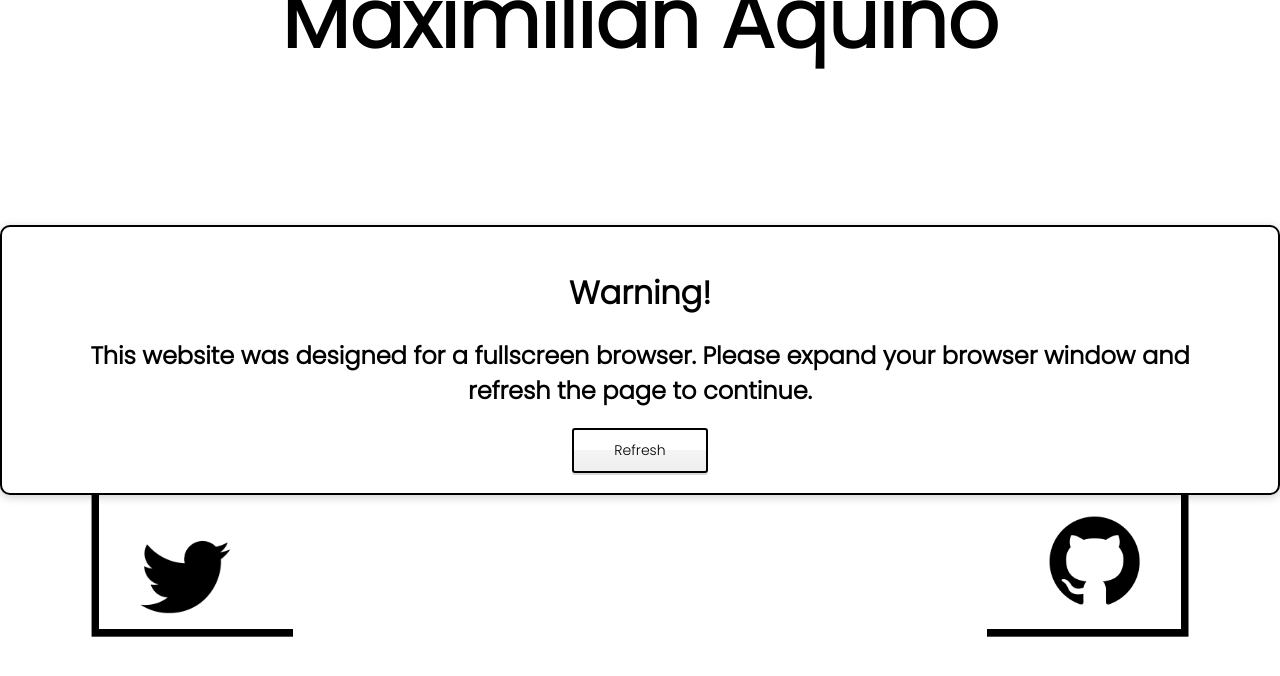
Repository: notMaximilian/maximilianaquino.github.io
Page: index.html
An editor plug-in stored every save of this project. The page is shown before and after the next save, followed by the edit.
The browser window is 1280 px wide. The pictures show the whole page.

Above is the page before, as saved 2022-02-04 13:39:46.
Console error: TypeError: Cannot read properties of null (reading 'style')

### index.html
<!DOCTYPE html>
<html lang="en">

<head>
  <meta charset="UTF-8">
  <meta name="viewport" content="width=device-width, initial-scale=1, user-scaleable=no">
  <title>Max Aquino</title>
  <link rel="preconnect" href="https://fonts.googleapis.com">
  <link rel="preconnect" href="https://fonts.gstatic.com" crossorigin>
  <link href="https://fonts.googleapis.com/css2?family=Poppins:wght@300&display=swap" rel="stylesheet">
  <link rel="stylesheet" href="css/main.css">
</head>

<body>

  <div class="intro">
    <h1 class="name-header">
      <span class="name">Max</span><span class="name">imilian</span>
    </h1>
  </div>


  </div>


  <div class="wrap">
    <div class="game-wrapper">
      <div class="game"></div>

      <h1 id="max">Maximilian Aquino</h1>
      <img class="icon" id="twitter" src="img/twitter.png">
      <img class="icon" id="github" src="img/github.png">
      <img class="corners" id="cornerL" src="img/corner-test.png">
      <img class="corners" id="cornerR" src="img/cornerR.png">


      <div class="congratulations">
        <h1>Warning!</h1>
        <h2>This website was designed for a fullscreen browser. Please expand your browser window and refresh the page to continue. </h2>
        <button class="btn" onclick="window.location.reload()">Refresh</button>
      </div>
      <div class="game-over">
        <h1>GAME OVER</h1>
        <h2>You lost the game</h2>
        <button class="btn" onclick="window.location.reload()">Restart</button>
      </div>
    </div>
  </div>

  <!-- Maximilian Fade in and out -->


  <script src="js/app.js"></script>
  <!-- <script src="js/game.js"></script> -->
</body>

</html>

### css/main.css
html,
body {
  height: 100%;
  overflow: hidden;
}

body {
  margin: 0;
  font: 16px sans-serif;
}

.wrap {
  display: flex;
  flex-direction: column;
  height: 100%;
}


.game-wrapper {
  flex: 1;
  display: flex;
  justify-content: center;
  align-items: center;
  background: #ffffff;
}
.game {
  width: 100%;
  height: 100%;

  box-shadow: 0 2px 10px black;
  position: absolute;
}

@keyframes scroll-background {
  from {
    background-position-y: 0px;
  }
  to {
    background-position-y: 256px;
  }
}

.game .enemy {
  position: absolute;
  margin-left: -20px;
  margin-top: -18px;
  width: 40px;
}

.game .player {
  position: absolute;
  margin-left: -20px;
  width: 40px;
}

.game .laser {
  position: absolute;
  margin-left: -2.5px;
  height: 30px;
}

.game .enemy-laser {
  position: absolute;
  margin-left: -2.5px;
  height: 30px;
}

.congratulations {
  display: none;
  position: absolute;
  background: #ffffff;
  color: black;
  padding: 20px 50px;
  box-shadow: 0 2px 10px rgba(0, 0, 0, 0.2);
  border: 2px solid black;
  border-radius: 10px;
  text-align: center;
  animation: pop-in 1s;
  font-family: "Poppins", sans-serif;
}

.game-over {
  display: none;
  position: absolute;
  background: #6b1818;
  color: white;
  padding: 20px 50px;
  box-shadow: 0 2px 10px rgba(0, 0, 0, 0.2);
  border-radius: 10px;
  text-align: center;
  animation: pop-in 1s;
}

.btn {
  border: 2px solid black;
  border-radius: 3px;
  box-shadow: 0 2px rgba(0, 0, 0, 0.15);
  background: linear-gradient(
    to bottom,
    #fff 0%,
    #fff 49%,
    #f5f5f5 50%,
    #eee 100%
  );
  padding: 10px 40px;
  font-family: "Poppins", sans-serif;
  font-size: 14px;
}
@keyframes pop-in {
  0% {
    opacity: 0;
    transform: translate(0, -100px);
  }
  10% {
    opacity: 1;
  }
  50% {
    transform: translate(0, 30px);
  }
  100% {
    transform: translate(0, 0);
  }
}

.intro{
  position: fixed;
  z-index: 1;
  left: 0;
  top: 0;
  width: 100%;
  height: 100vh;
  background-color: black;
  transition: 1s;
}

.name-header{
  position: absolute;
  top: 40%;
  left: 50%;
  transform: translate(-50%, -50%);
  color: #ffffff;
}

.intro h1{
  font-family: "Poppins", sans-serif;
  font-size: 80px;
  margin: 0;
  padding: 0;
}

.name{
  position: relative;
  display: inline-block;
  bottom: -20px;
  opacity: 0;
}

.name.active{
  bottom: 0;
  opacity: 1;
  transition: ease-in-out 0.5s;
}

.name.fade{
  bottom: 150px;
  opacity: 0;
  transition: ease-in-out 0.5s;
}

.corners{
  position: absolute;
  width: 16vw;
}

#cornerL{
  transform: translate(-35vw, 23vh);
}
#cornerR{
  transform: translate(35vw, 23vh);
}
#max{
  position: absolute;
  top:-13vh;
  font-family: "Poppins", sans-serif;
  font-size: 5rem;
}

#github{
  width: 7vw;
  transform: translate(32vw, 28vh);
}
#twitter{
  width: 7vw;
  transform: translate(-32vw, 30vh);
}

### js/app.js
const KEY_CODE_LEFT = 37;
const KEY_CODE_RIGHT = 39;
const KEY_CODE_SPACE = 32;
let inverted = false;
const WINDOW_WIDTH = window.innerWidth - 50;
const WINDOW_HEIGHT = window.innerHeight;

const ROCKET_WIDTH = 20;
const ROCKET_MAX_SPEED = 300.0;
const LASER_MAX_SPEED = 600.0;
const LASER_COOLDOWN = 0.5;
let rocketSpawn = false;
const HEADERS_PER_ROW = 10;
const HEADER_HORIZONTAL_PADDING = 80;
const HEADER_VERTICAL_PADDING = 70;
const HEADER_VERTICAL_SPACING = 80;
const HEADER_COOLDOWN = 5.0;


const WINDOW_STATE = {
    lastTime: Date.now(),
    leftPressed: false,
    rightPressed: false,
    spacePressed: false,
    rocketX: WINDOW_WIDTH / 2,
    rocketY: WINDOW_HEIGHT - 300,
    rocketCooldown: 0,
    lasers: [],
    headers: [],
    headerLasers: [],
    fullscreen: false
  };

function setSize($element, width){
    $element.style.width = `${width}vw`;
    $element.style.height = "auto";
  }

function setPosition(el, x, y) {
    if(el == null){console.log('NULL')
    return;}
    el.style.transform = `translate(${x}px, ${y}px)`;
}

function setHeaderPosition(el, x, y) {
  if(el == null){console.log('NULL')
  return;}
  el.style.transform = `translate(${x}vw, ${y}vh)`;
}

// create user controlled rocket for selecting header elements
function createRocket($container) {
    rocketSpawn = true;
    const $rocket = document.createElement("img");
    if(inverted == true){$rocket.src = "img/rocket-inverted.png";}
    else{$rocket.src = "img/rocket.png";}
    $rocket.className = "rocket";
    if (WINDOW_WIDTH + 50 == 1920){
      setSize($rocket,9)
    }
    else{
      setSize($rocket, 7)
    }

    WINDOW_STATE.rocketY = 440;
    $container.appendChild($rocket);
}

function destroyRocket($container, rocket) {
    rocketSpawn = false;
    $container.removeChild(rocket);
    WINDOW_STATE.finalState = true;
    const audio = new Audio("sound/sfx-lose.ogg");
    audio.play();
}

function sleep(milliseconds) {
  var start = new Date().getTime();
  for (var i = 0; i < 1e7; i++) {
    if ((new Date().getTime() - start) > milliseconds){
      break;
    }
  }
}


function rectsIntersect(r1, r2) {
    return !(
        r2.left > r1.right ||
        r2.right < r1.left ||
        r2.top > r1.bottom ||
        r2.bottom < r1.top
    );
}



function clamp(v, min, max) {
    if (v < min) {
      return min;
    } else if (v > max) {
      return max;
    } else {
      return v;
    }
}

function rand(min, max) {
    // if (min === undefined) min = 0;
    // if (max === undefined) max = 1;
    // return min + Math.random() * (max - min);
  }

  function updateRocket(dt, $container) {
    if (WINDOW_STATE.leftPressed) {
      WINDOW_STATE.rocketX -= dt * ROCKET_MAX_SPEED;
    }
    if (WINDOW_STATE.rightPressed) {
      WINDOW_STATE.rocketX += dt * ROCKET_MAX_SPEED;
    }



    WINDOW_STATE.rocketX = clamp(
      WINDOW_STATE.rocketX,
      ROCKET_WIDTH,
      WINDOW_WIDTH - ROCKET_WIDTH
    );


    if (WINDOW_STATE.spacePressed && WINDOW_STATE.rocketCooldown <= 0) {
      createLaser($container, WINDOW_STATE.rocketX - 79,  WINDOW_STATE.rocketY-20);
      console.log(WINDOW_STATE.rocketX)
      WINDOW_STATE.rocketCooldown = LASER_COOLDOWN;
    }
    if (WINDOW_STATE.rocketCooldown > 0) {
      WINDOW_STATE.rocketCooldown -= dt;
    }

    const rocket = document.querySelector(".rocket");
    if(rocket == null){return;}
    setPosition(rocket, WINDOW_STATE.rocketX, WINDOW_STATE.rocketY + 200);
  }

  function createLaser($container, x, y) {
    if(rocketSpawn == false) {return;}
    const $element = document.createElement("img");
    console.log($element)
    if(inverted == true){$element.src="img/laser-inverted.png"}
    else{$element.src = "img/laser.png";}
    $element.className = "laser";
    $element.style.position = "absolute"
    $container.appendChild($element);
    const laser = { x, y, $element };
    WINDOW_STATE.lasers.push(laser);
    const audio = new Audio("sound/sfx-laser1.ogg");
    audio.play();
    setPosition($element, x, y);
  }

  function destroyHeader($container, header) {
    $container.removeChild(header.$element);
    header.isDead = true;
  }

  function destroyAll($container){
    const background = document.querySelector(".game-wrapper");
    background.style.background = 'white';
    const headers = WINDOW_STATE.headers;
    for (let x = 0; x < headers.length; x++){
      let head = headers[x];
      if (head.dead == true){continue}
      head.$element.style.opacity = 0;
      head.$element.style.transition = 'ease-in-out 0.5s';
      destroyHeader($container, head)
    }
    // destroyLaser($container, laser);
    const rocket = document.querySelector('.rocket')
    rocket.style.opacity = 0;
    rocket.style.transition = 'ease-in-out 0.5s'
    destroyRocket($container, rocket)
    WINDOW_STATE.lasers = WINDOW_STATE.lasers.filter(e => !e.isDead);
  }

  function updateLasers(dt, $container) {
    if(rocketSpawn == false) {return;}
    const lasers = WINDOW_STATE.lasers;
    for (let i = 0; i < lasers.length; i++) {
      const laser = lasers[i];
      laser.y -= dt * LASER_MAX_SPEED;
      if (laser.y < 0) {
        destroyLaser($container, laser);
      }
      setPosition(laser.$element, laser.x, laser.y);
      const r1 = laser.$element.getBoundingClientRect();
      const headers = WINDOW_STATE.headers;
      for (let j = 0; j < headers.length; j++) {
        const header = headers[j];
        if (header.isDead) continue;
        const r2 = header.$element.getBoundingClientRect();
        if (rectsIntersect(r1, r2)) {
          if (header.name == 'more' || header.name == 'back'){

              for (let x = 0; x < headers.length; x++){
              let head = headers[x];
              if (head.dead == true){continue}
              head.$element.style.opacity = 0;
              head.$element.style.transition = 'ease-in-out 0.5s';
              destroyHeader($container, head)
            }
            destroyLaser($container, laser);

            const rocket = document.querySelector('.rocket')
            rocket.style.opacity = 0;
            rocket.style.transition = 'ease-in-out 0.5s'
            destroyRocket($container, rocket)

            console.log(inverted)
            if(inverted == false){
              setTimeout(()=>{
                initInvert($container)
              },10)
            }
            else{
              setTimeout(()=>{
                init()
              },10)
            }
            WINDOW_STATE.lasers = WINDOW_STATE.lasers.filter(e => !e.isDead);
            return;
          }
        if (header.name == 'project'){
          WINDOW_STATE.fullscreen = false;
        }
          destroyHeader($container, header);

          break;
        }
      }
    }
    WINDOW_STATE.lasers = WINDOW_STATE.lasers.filter(e => !e.isDead);
  }

function destroyLaser($container, laser) {
    console.log('attempting to destroy')
    $container.removeChild(laser.$element);
    laser.isDead = true;
}

function createHeader($container, name, x, y, i, size) {

    let $element = document.createElement("img");
    let img = i;
    $element.src = img;
    $element.className = "header";
    $element.style.position = "absolute";
    setHeaderPosition($element, x, y);
    setSize($element, size)
    $element.style.transition = "all .2s ease-in-out";


    let header = {
        x,
        y,
        cooldown: rand(0.5, HEADER_COOLDOWN),
        $element,
        name,
        dead: false
    };

    // header.$element.addEventListener('mouseenter', ()=>{
    //   if (name == "about"){
    //     $element.style.width = "450px";
    //   }
    //   else if(name == "skills"){
    //     $element.style.width = "230px"
    //   }
    //   else if(name == "project"){
    //     $element.style.width = "350px"
    //   }
    //   else if(name == "more"){
    //     $element.style.width = "250px"
    //   }
    // })

    // header.$element.addEventListener('mouseleave', ()=>{
    //   if (name == "about"){
    //     $element.style.width = "400px"
    //   }
    //   else if(name == "skills"){
    //     $element.style.width = "180px"
    //   }
    //   else if(name == "project"){
    //     $element.style.width = "300px"
    //   }
    //   else if(name == "more"){
    //     $element.style.width = "200px"
    //   }

    // })

    $container.appendChild($element);
    WINDOW_STATE.headers.push(header);
  }

  function updateHeaders(dt, $container) {
    const dx = Math.sin(WINDOW_STATE.lastTime / 1000.0) * 50;
    const dy = Math.cos(WINDOW_STATE.lastTime / 1000.0) * 10;

    const headers = WINDOW_STATE.headers;
    for (let i = 0; i < headers.length; i++) {
      const header = headers[i];
      const x = header.x + dx;
      const y = header.y + dy;
    //   setPosition(header.$element, x, y);
      header.cooldown -= dt;
      if (header.cooldown <= 0) {
        createHeaderLaser($container, x, y);
        header.cooldown = HEADER_COOLDOWN;
      }
    }
    WINDOW_STATE.headers = WINDOW_STATE.headers.filter(e => !e.isDead);
  }



  function createHeaderLaser($container, x, y) {
    const $element = document.createElement("img");
    $element.src = "img/laser-red-5.png";
    $element.className = "header-laser";
    $container.appendChild($element);
    const laser = { x, y, $element };
    WINDOW_STATE.headerLasers.push(laser);
    setPosition($element, x, y);
  }

  function updateheaderLasers(dt, $container) {
    const lasers = WINDOW_STATE.headerLasers;
    for (let i = 0; i < lasers.length; i++) {
      const laser = lasers[i];
      laser.y += dt * LASER_MAX_SPEED;
      if (laser.y > WINDOW_HEIGHT) {
        destroyLaser($container, laser);
      }
      setPosition(laser.$element, laser.x, laser.y);
      const r1 = laser.$element.getBoundingClientRect();
      const rocket = document.querySelector(".rocket");
      const r2 = rocket.getBoundingClientRect();
      if (rectsIntersect(r1, r2)) {
        // Rocket was hit
        destroyRocket($container, rocket);
        break;
      }
    }
    WINDOW_STATE.headerLasers = WINDOW_STATE.headerLasers.filter(e => !e.isDead);
  }

  function init() {
    document.body.style.zoom = (window.innerWidth / window.outerWidth)
    inverted = false;
    const width = WINDOW_WIDTH + 50;
    const background = document.querySelector(".game-wrapper");
    console.log(width);
    if (width >= 1920){
      // background.style.backgroundImage = "url('img/background-white.png')";
      WINDOW_STATE.fullscreen = true;
    }
    else if (width == 1366){
      // background.style.backgroundImage = "url('img/background-white-1366x768.png')";
      WINDOW_STATE.fullscreen = true;
    }
    else{
      WINDOW_STATE.fullscreen == false
      document.querySelector(".congratulations").style.display = "block";
      return;
    }


    const $container = document.querySelector(".game");
    createRocket($container);
    createHeader($container, 'project', 10 -2.5, 20 , 'img/card2.png', 17);
    createHeader($container, 'about', 30 -2.5, 18, 'img/card1.png', 23);
    createHeader($container, 'skills', 56 -2.5, 19.5, 'img/card5.png', 10);
    createHeader($container, 'more', 70 -2.5, 19.5, 'img/card4.png', 10);
  }

  function initInvert($container,x ,y){
    inverted = true;
    const background = document.querySelector(".game-wrapper");
    const width = WINDOW_WIDTH + 50;
    console.log(width)
    if (width >= 1920){
      background.style.backgroundImage = "url('img/background-black.png')";
      WINDOW_STATE.fullscreen = true;
    }
    else if (width == 1366){
      background.style.backgroundImage = "url('img/background-black-1366x768.png')";
      WINDOW_STATE.fullscreen = true;
    }
    else{
      WINDOW_STATE.fullscreen == false
      document.querySelector(".congratulations").style.display = "block";
      return;
    }
    createRocket($container);
    createHeader($container, '2', 10 -2.5, 20 , 'img/inverted-card2.png', 17);
    createHeader($container, '1', 30 -2.5, 18 , 'img/inverted-card1.png', 23);
    createHeader($container, '3', 56 -2.5, 19.5 , 'img/inverted-card5.png', 10);
    createHeader($container, 'back', 70 -2.5, 19.5, 'img/inverted-card4.png', 10);
  }


  function rocketHasWon() {
    // return WINDOW_STATE.headers.length === 0;
  }


  function update(e) {
    const currentTime = Date.now();
    const $container = document.querySelector(".game");

    const dt = (currentTime - WINDOW_STATE.lastTime) / 1000.0;

    if (WINDOW_STATE.fullscreen == false) {
      destroyAll($container)
      // document.querySelector(".congratulations").style.display = "block";

      return;
    }

    // if (rocketHasWon()) {
    //   document.querySelector(".congratulations").style.display = "block";

    //   return;
    // }


    updateRocket(dt, $container);
    updateLasers(dt, $container);
    updateHeaders(dt, $container);
    updateheaderLasers(dt, $container);

    WINDOW_STATE.lastTime = currentTime;
    window.requestAnimationFrame(update);
  }

  function onKeyDown(e) {
    if (e.keyCode === KEY_CODE_LEFT ) {
      WINDOW_STATE.leftPressed = true;
    } else if (e.keyCode === KEY_CODE_RIGHT) {
      WINDOW_STATE.rightPressed = true;
    } else if (e.keyCode === KEY_CODE_SPACE) {
      WINDOW_STATE.spacePressed = true;
    }
  }

  function onKeyUp(e) {
    if (e.keyCode === KEY_CODE_LEFT) {
      WINDOW_STATE.leftPressed = false;
    } else if (e.keyCode === KEY_CODE_RIGHT) {
      WINDOW_STATE.rightPressed = false;
    } else if (e.keyCode === KEY_CODE_SPACE) {
      WINDOW_STATE.spacePressed = false;
    }
  }


intro = document.querySelector('.intro')
let name = document.querySelector('.name-header')
let logoSpan = document.querySelectorAll('.name')

 window.addEventListener('DOMContentLoaded', () =>{

    setTimeout(()=>{
        logoSpan.forEach((span, idx)=>{
            setTimeout(()=>{
                span.classList.add('active')
            }, (idx + 1) * 400)
        })


        setTimeout(()=>{
            logoSpan.forEach((span, idx)=>{
                setTimeout(()=>{
                    span.classList.remove('active')
                    span.classList.add('fade')
                }, (idx + 1) * 400)
            })
        },2000)

        setTimeout(()=>{
            intro.style.top = '-100vh';
            window.addEventListener("keydown", onKeyDown);
            window.addEventListener("keyup", onKeyUp);
            window.requestAnimationFrame(update);
            init();
        }, 2300)

    })
 })

After the next save:
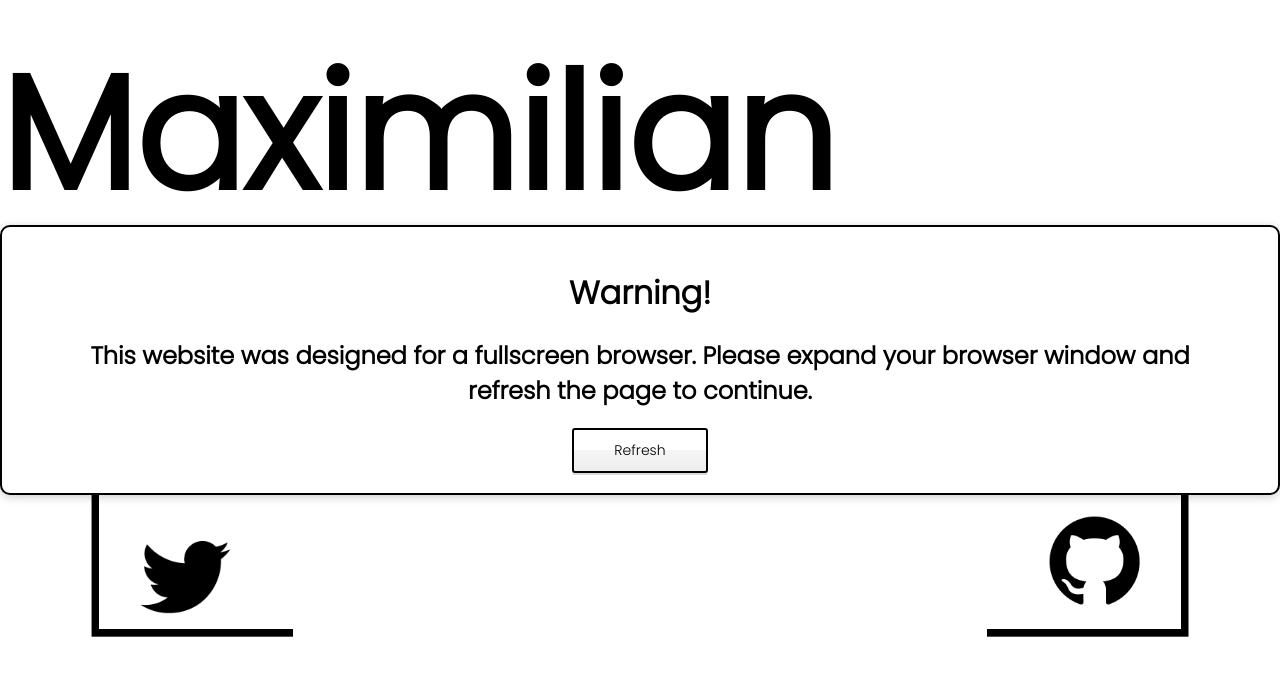
Saved 11 s later.
--- a/css/main.css
+++ b/css/main.css
@@ -182,7 +182,7 @@ body {
   position: absolute;
   top:-13vh;
   font-family: "Poppins", sans-serif;
-  font-size: 5rem;
+  font-size: 10rem;
 }
 
 #github{
